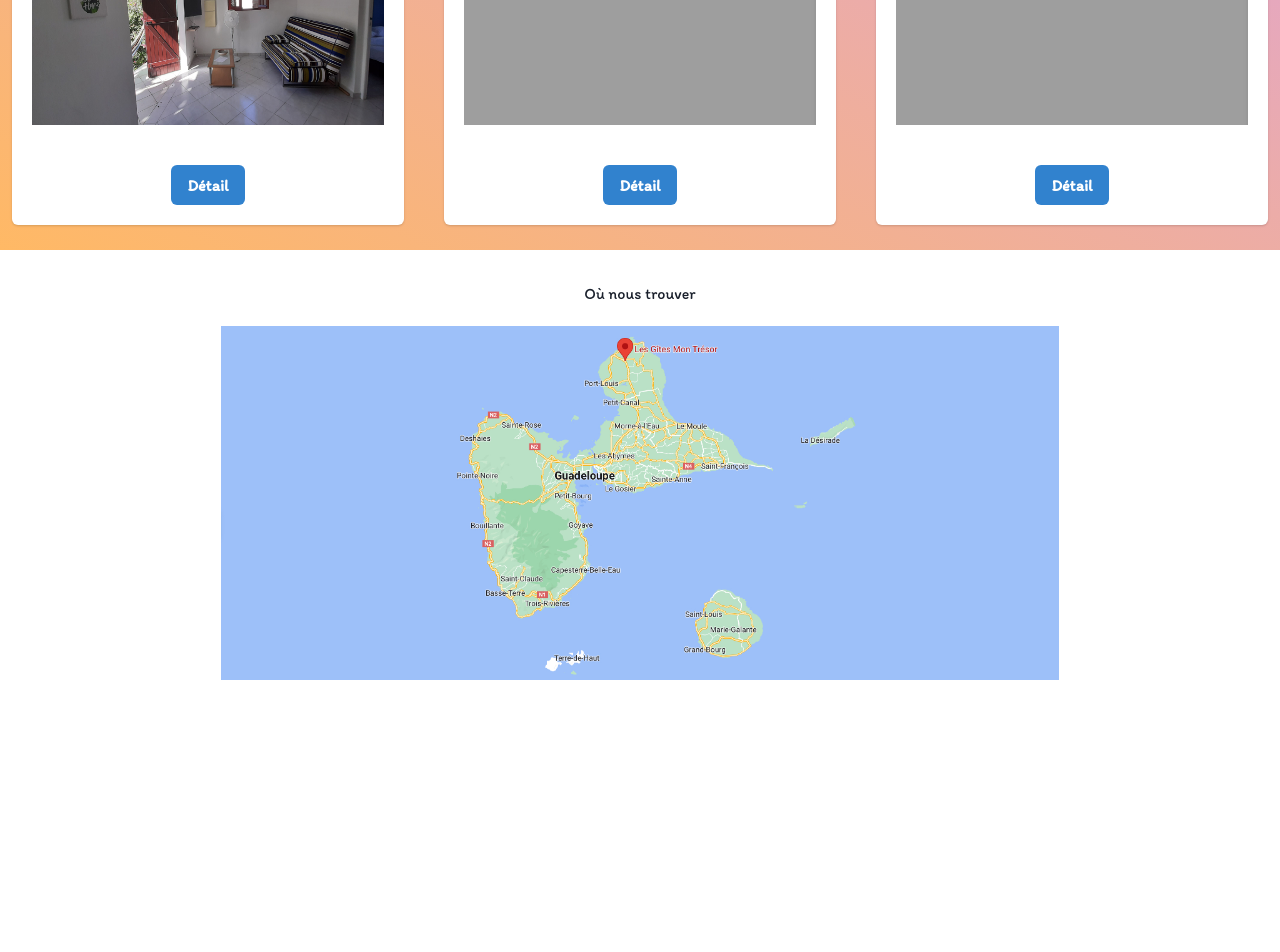
Repository: All-Khwarizmi/gites-v2
Page: /
The author's editor kept a copy of each file at every save. The page is drawn from the files as they stood at one save, then again after the next save.
The browser window is 1280 px wide. The pictures show the part of the page from y = 1190 to 2142 px (the page is 2160 px tall).
Pictures or frames that could not be fetched are drawn as grey boxes. The project was rebuilt for these pictures with package versions that can differ from the ones it lists, and the page was loaded fresh each time. The framework's server and built-in components were replaced by stand-ins that run in the browser. Also part of the build but not shown: next.config.js, next.config.mjs.

Above is the page before, as saved 2023-02-03 19:02:22.

After the next save:
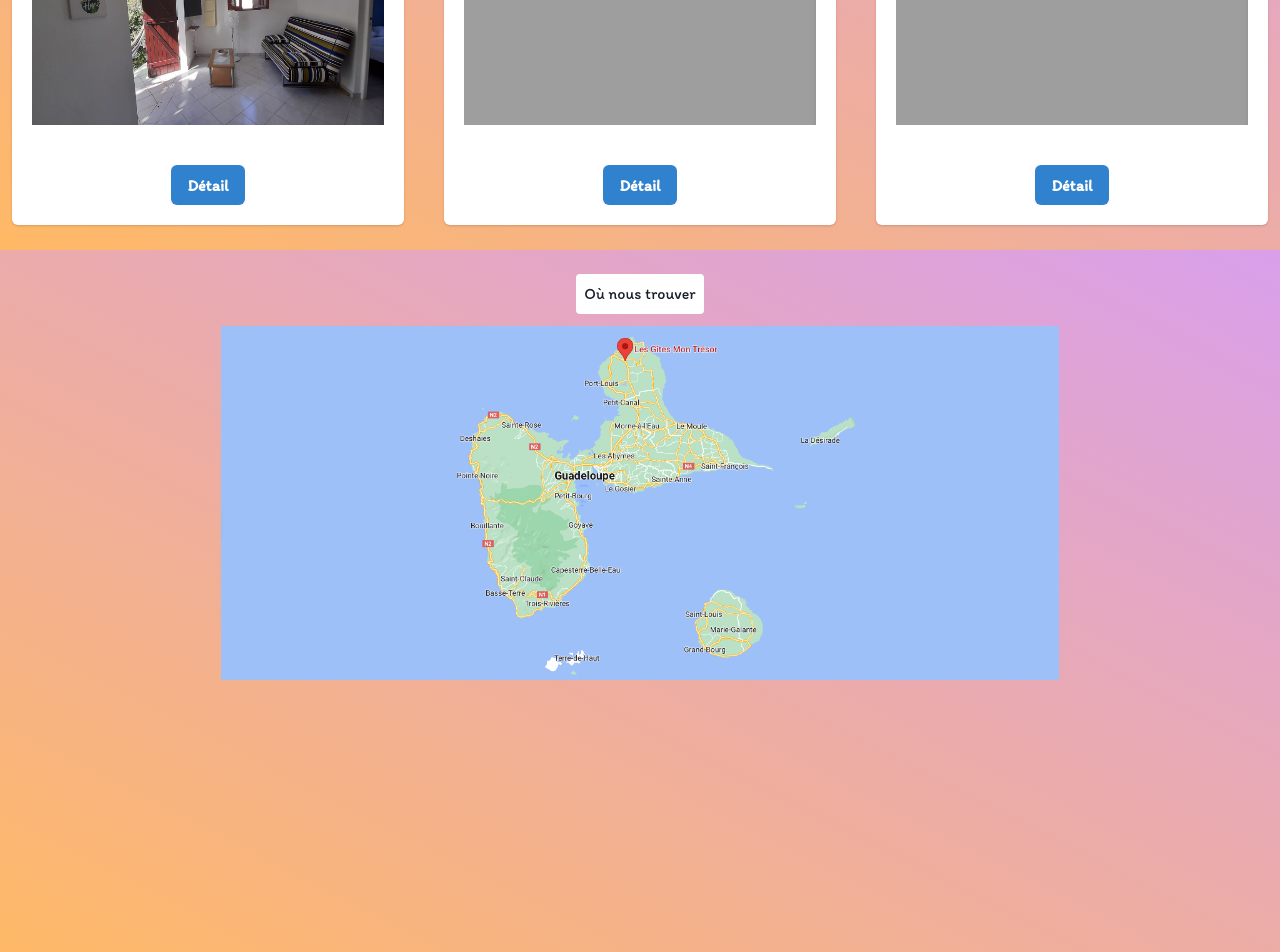
Saved 34 s later.
--- a/src/pages/Test.tsx
+++ b/src/pages/Test.tsx
@@ -218,7 +218,7 @@
 
             </section>
           </div>
-          <div className="h-screen location">
+          <div className="h-screen section">
             <Localisation />
           </div>
         </div>

After the save that followed:
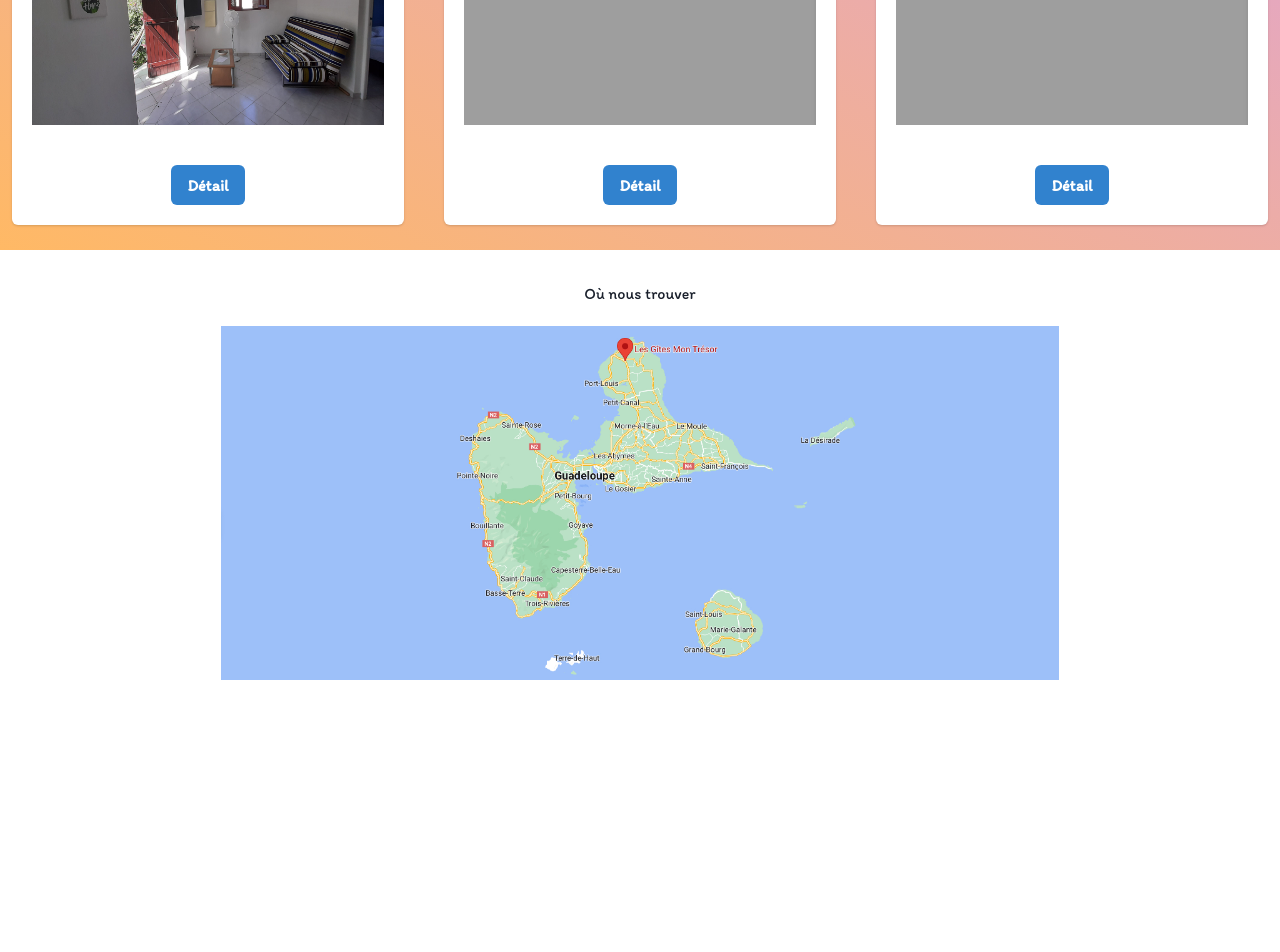
Saved 15 s later.
--- a/src/pages/Test.tsx
+++ b/src/pages/Test.tsx
@@ -218,7 +218,7 @@
 
             </section>
           </div>
-          <div className="h-screen section">
+          <div className="h-screen location">
             <Localisation />
           </div>
         </div>
